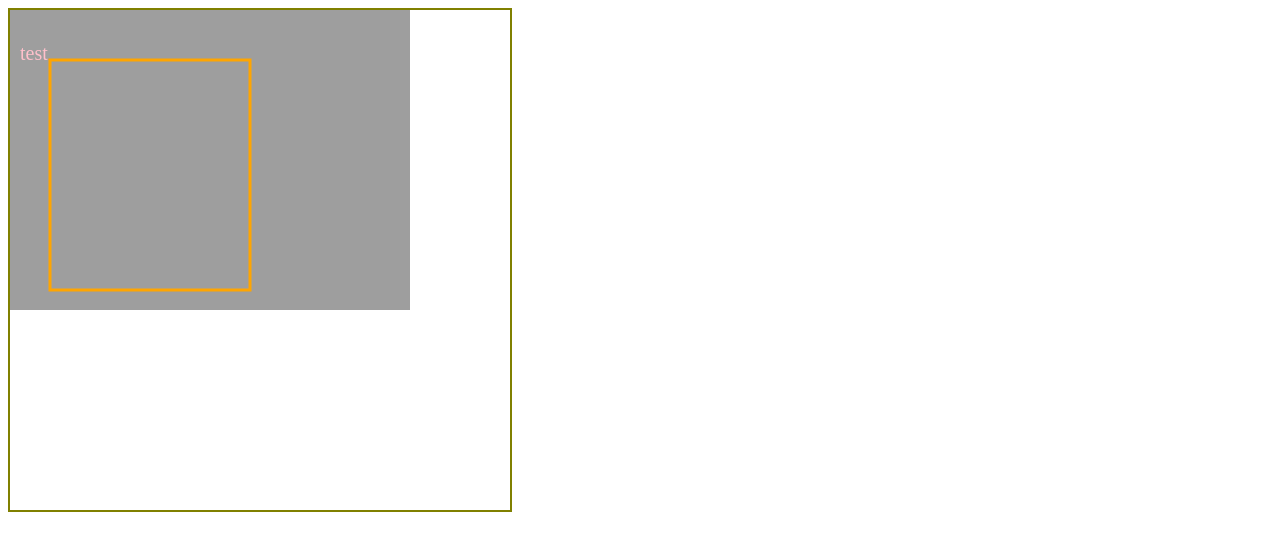
Repository: Backcoder-June/AI_Platform
Page: naverai/src/main/resources/static/cameratest.html
The author's editor kept a copy of each file at every save. The page is drawn from the files as they stood at one save, then again after the next save.
The browser window is 1280 px wide. The pictures show the whole page.

Above is the page before, as saved 2022-09-02 07:15:46.

### naverai/src/main/resources/static/cameratest.html
<!DOCTYPE html>
<html>
<head>
<meta charset="UTF-8">
<title>Insert title here</title>

<script src="js/jquery-3.6.0.min.js"></script>
<script>
$(document).ready(function(){
	var mycanvas = $("#mycanvas")[0];
	var pencil = mycanvas.getContext("2d");

	var myimage = new Image();
	myimage.src = "http://localhost:8083/naverai/yuna1.png";
	myimage.onload = function(){
		pencil.drawImage(myimage,0,0,myimage.width, myimage.height); /* 사진 불러오기 */
		pencil.lineWidth = 3;
		pencil.strokeStyle = "orange";
		pencil.strokeRect(40,50,200,230);

		// 글씨 쓰기
		pencil.font = "20px serif";
		pencil.fillStyle = "pink";
		pencil.fillText("test", 10, 50, 50, 50);


	} // onload



});//ready

</script>


</head>
<body>

<canvas id="mycanvas" width=500 height=500 style="border:2px solid olive">
</canvas>


</body>
</html>

Loaded but not shown: naverai/src/main/resources/static/js/jquery-3.6.0.min.js (library)

After the next save:
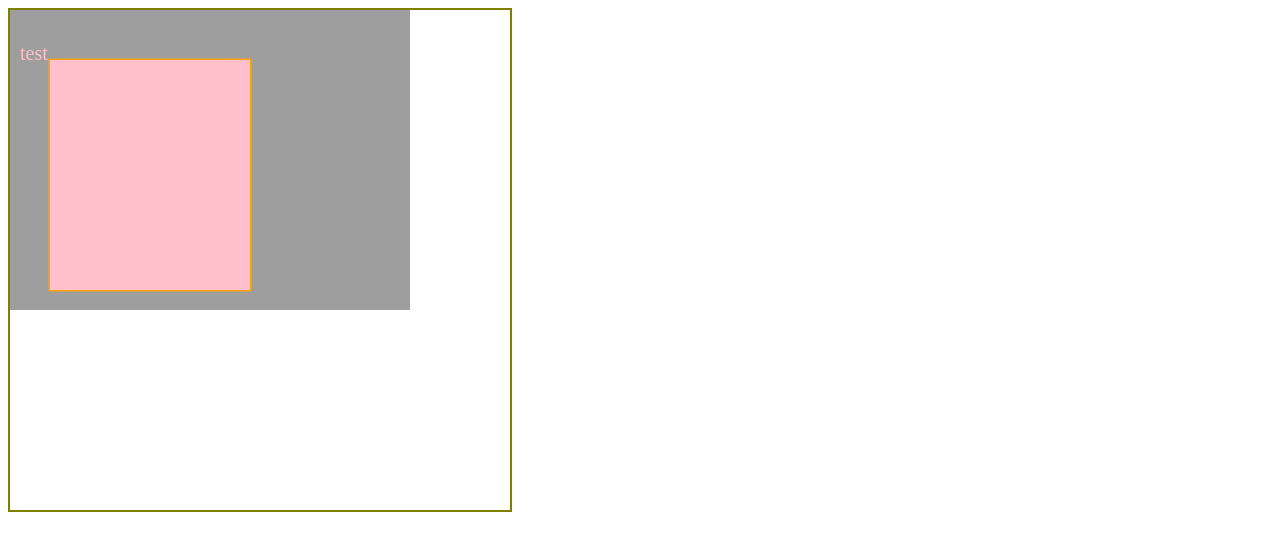
Saved 73 s later.
--- a/naverai/src/main/resources/static/cameratest.html
+++ b/naverai/src/main/resources/static/cameratest.html
@@ -22,6 +22,7 @@
 		pencil.font = "20px serif";
 		pencil.fillStyle = "pink";
 		pencil.fillText("test", 10, 50, 50, 50);
+		pencil.fillRect(40,50,200,230);
 
 
 	} // onload

After the save that followed:
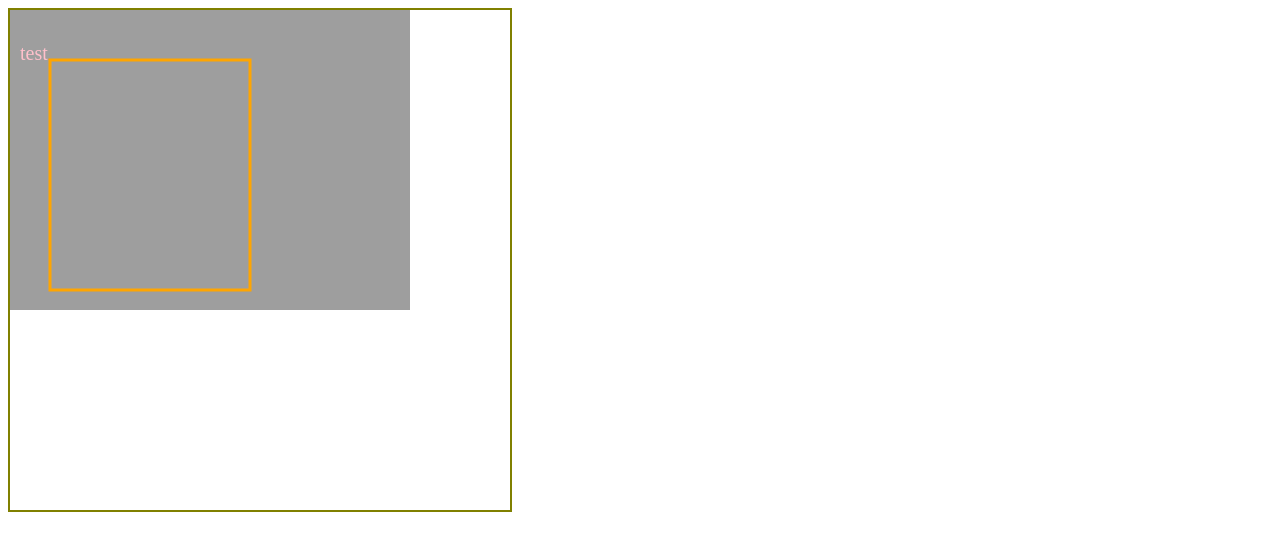
Saved 12 s later.
--- a/naverai/src/main/resources/static/cameratest.html
+++ b/naverai/src/main/resources/static/cameratest.html
@@ -22,7 +22,7 @@
 		pencil.font = "20px serif";
 		pencil.fillStyle = "pink";
 		pencil.fillText("test", 10, 50, 50, 50);
-		pencil.fillRect(40,50,200,230);
+		//pencil.fillRect(40,50,200,230);
 
 
 	} // onload
